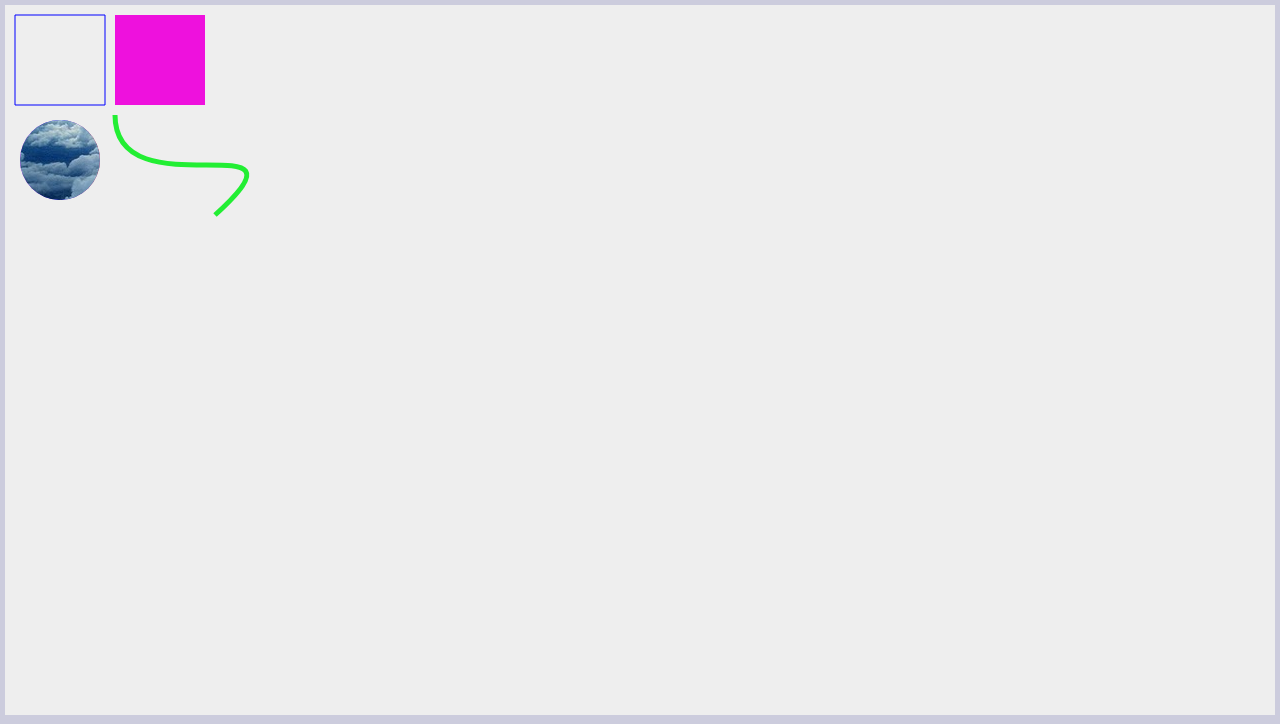
Repository: danielrcardenas/siggraph_examples
Page: workspace/GraphicsExample3/assets/www/index.html
These files come from the project's save history. The page is drawn as it stood at one moment and after the next save; the edit follows.
The browser window is 1280 px wide. The pictures show the whole page.

Above is the page before, as saved 2013-07-22 16:27:17.

### workspace/GraphicsExample3/assets/www/index.html
<!DOCTYPE html>
<html>
<head>
	<title>Canvas Example</title>

	<link rel="stylesheet" href="styles.css" />
	<meta name="viewport" content="width=device-width" />

	<script>
		function createCanvas ()
		{
			var canvasDiv = document.getElementById("canvasDiv");
			canvasDiv.innerHTML = "<canvas id=\'surface\' width=\'" + (window.innerWidth - 10) + "\' height=\'" + (window.innerHeight - 10) + "\' />";

			var canvas = document.getElementById('surface');
			var context = canvas.getContext('2d');

			// empty square
			context.strokeStyle = 'blue';
			context.beginPath();
			context.moveTo(10,10);
			context.lineTo(10,100);
			context.lineTo(100,100);
			context.lineTo(100,10);
			context.lineTo(10,10);
			context.stroke();

			// filled square
			context.fillStyle = '#ee11dd';
			context.beginPath();
			context.moveTo(110,10);
			context.lineTo(110,100);
			context.lineTo(200,100);
			context.lineTo(200,10);
			context.lineTo(110,10);
			context.fill();

			// filled circle with gradient
			var gradient=context.createLinearGradient(0,0,110,0);
			gradient.addColorStop("0","magenta");
			gradient.addColorStop("0.5","blue");
			gradient.addColorStop("1.0","red");

//			Uncomment the code below and comment out the gradient and fill code below it
//          You will see an image used as a pattern
			var img = new Image();
			var pattern;
			img.src = 'clouds.jpg';
			img.onload = function (e) {
				pattern = context.createPattern(img, 'repeat');
				context.fillStyle=pattern;
				context.beginPath();
				context.arc(55,155,40,0,2*Math.PI);
				context.fill();
			};

			context.fillStyle=gradient;
			context.beginPath();
			context.arc(55,155,40,0,2*Math.PI);
			context.fill();

			// stroked bezier
			context.strokeStyle = '#22ee33';
			context.lineWidth = 5;
			context.beginPath();
			context.moveTo(110,110);
			context.bezierCurveTo(110, 210, 320, 110, 210, 210);
			context.stroke();
		}
	</script>
</head>

<body onload="createCanvas();">
<div id="canvasDiv">
</div>

</body>
</html>

### workspace/GraphicsExample3/assets/www/styles.css

body
{
	margin: 0px;
	padding: 0px;
	background: #ccccdd;
}

#surface {
	margin: 5px;
	padding: 0px;
	background: #eeeeee;
}

After the next save:
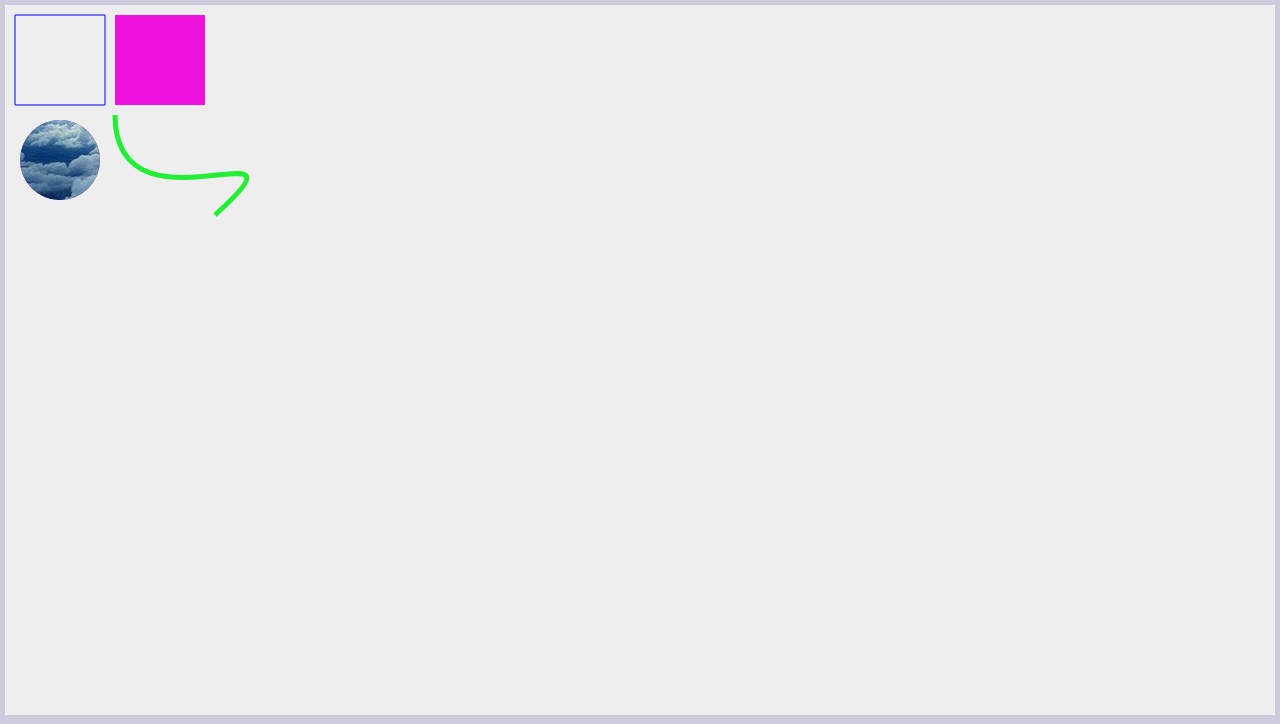
Saved 26 s later.
--- a/workspace/GraphicsExample3/assets/www/index.html
+++ b/workspace/GraphicsExample3/assets/www/index.html
@@ -64,7 +64,7 @@
 			context.lineWidth = 5;
 			context.beginPath();
 			context.moveTo(110,110);
-			context.bezierCurveTo(110, 210, 320, 110, 210, 210);
+			context.bezierCurveTo(110, 240, 320, 110, 210, 210);
 			context.stroke();
 		}
 	</script>
